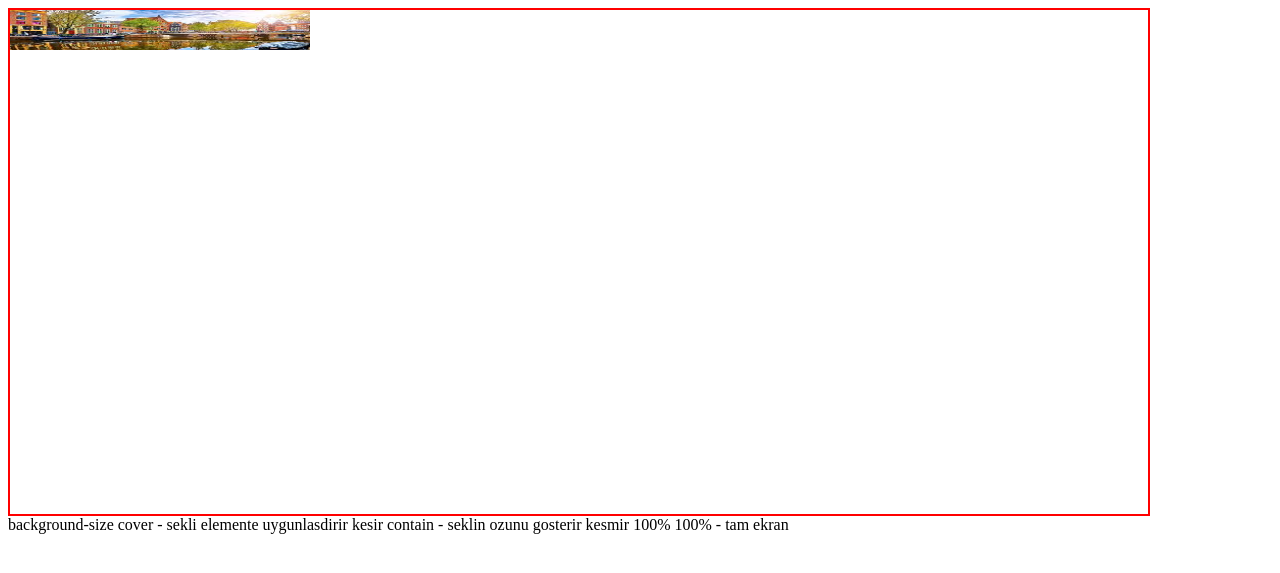
Repository: AytacSafarova/TAsk-11
Page: index.html
An editor plug-in stored every save of this project. The page is shown before and after a run of saves, followed by the edit.
The browser window is 1280 px wide. The pictures show the whole page.

Above is the page before, as saved 2023-09-01 15:58:50.

### index.html
<!DOCTYPE html>
<html lang="en">

<head>
    <meta charset="UTF-8">
    <meta name="viewport" content="width=device-width, initial-scale=1.0">
    <title>Document</title>
</head>
<style>
    .container {
        background-image: url('./download\ \(1\).jfif');
        min-height: 70vh;
        width: 90%;
        border: 2px solid red;
        background-repeat: no-repeat;
        background-size: 300px 40px;
    }
</style>

<body>
    <div class="container">
    </div>
</body>
<script src="./index.js"></script>

</html>
background-size
 cover - sekli elemente uygunlasdirir kesir
 contain - seklin ozunu gosterir kesmir 100% 100% -
tam ekran

### index.js
// fetch("https://api.chucknorris.io/jokes/random")
//   .then((response) => {
//     return response.json();
//   })
//   .then((data) => {
//     console.log(data);
//   });

console.log(window);

After the next 2 saves:
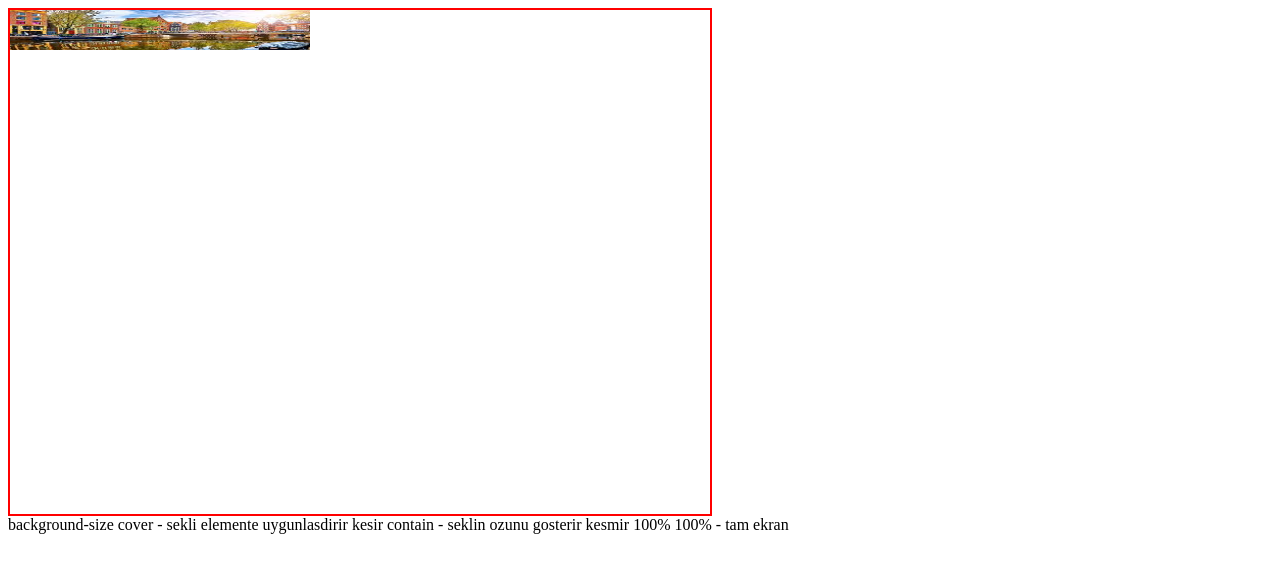
The 2 saves are shown as one change because they came seconds apart.
The last was saved 7 s later.
--- a/index.html
+++ b/index.html
@@ -10,7 +10,7 @@
     .container {
         background-image: url('./download\ \(1\).jfif');
         min-height: 70vh;
-        width: 90%;
+        width: 700px;
         border: 2px solid red;
         background-repeat: no-repeat;
         background-size: 300px 40px;
